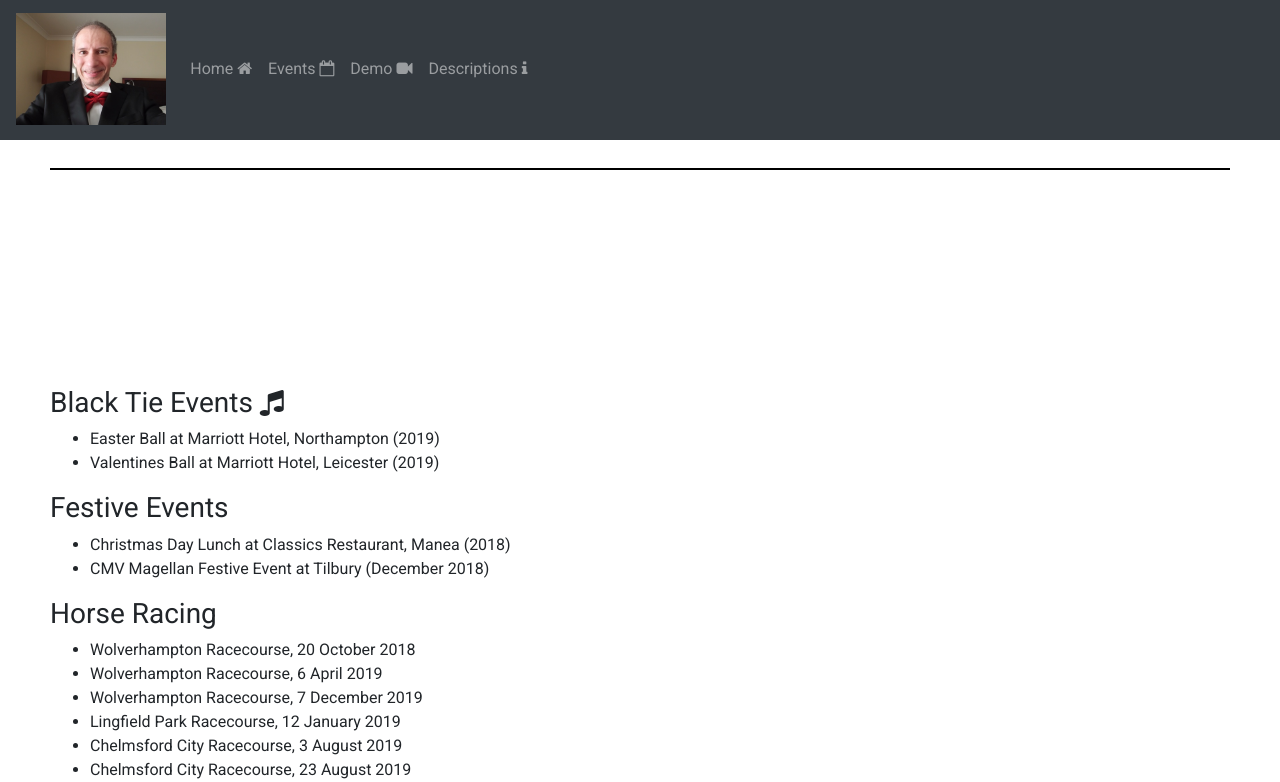
Repository: derektypist/product-landing-page
Page: index.html
The author's editor kept a record of every edit. The page is drawn from the files as they stood at one moment, then again after the next edit.
The browser window is 1280 px wide. The pictures show the part of the page from y = 0 to 782 px (the page is 1303 px tall before and 1137 px after).
Pictures or frames that could not be fetched are drawn as grey boxes.

Above is the page before.

After the next edit:
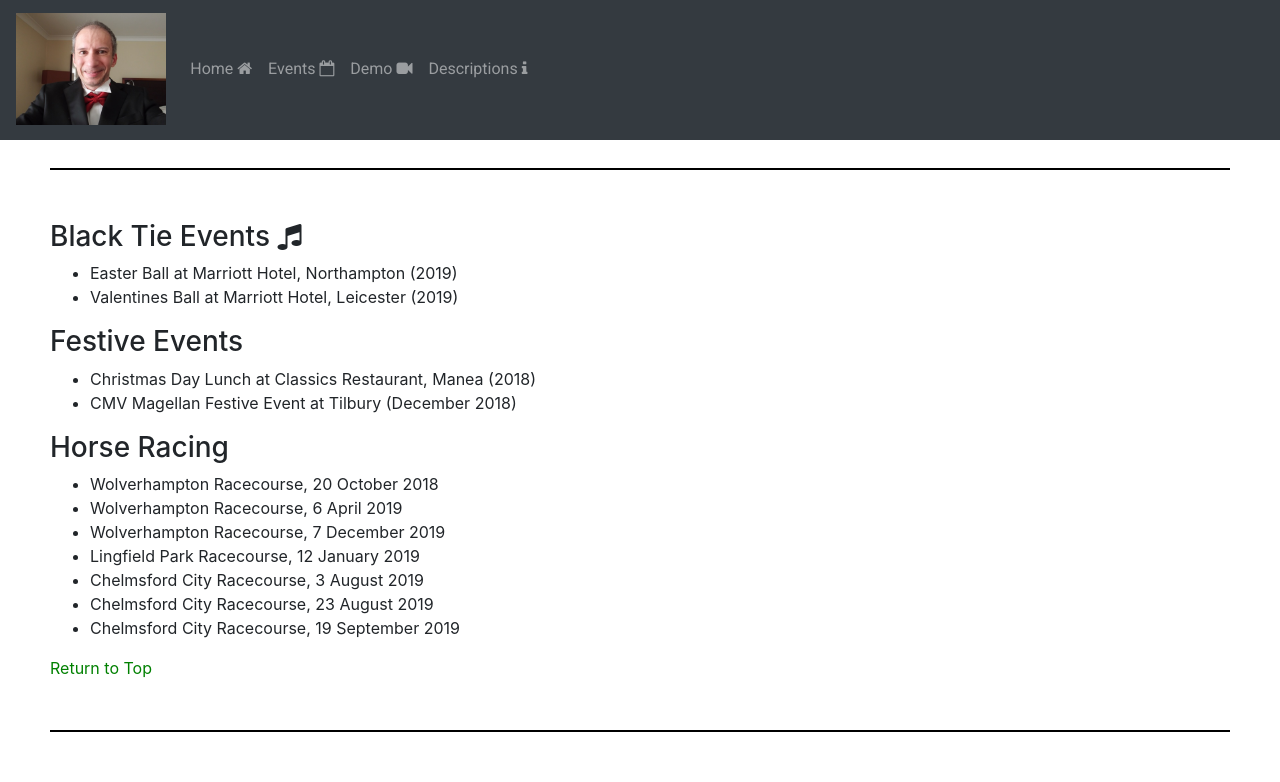
The edit:
--- a/index.html
+++ b/index.html
@@ -73,8 +73,6 @@
         /* Events */
 
         #events {
-            padding-top: 150px;
-            font-family: "Roboto", Arial, Verdana, sans-serif;
             margin-left: 50px;
         }
 
